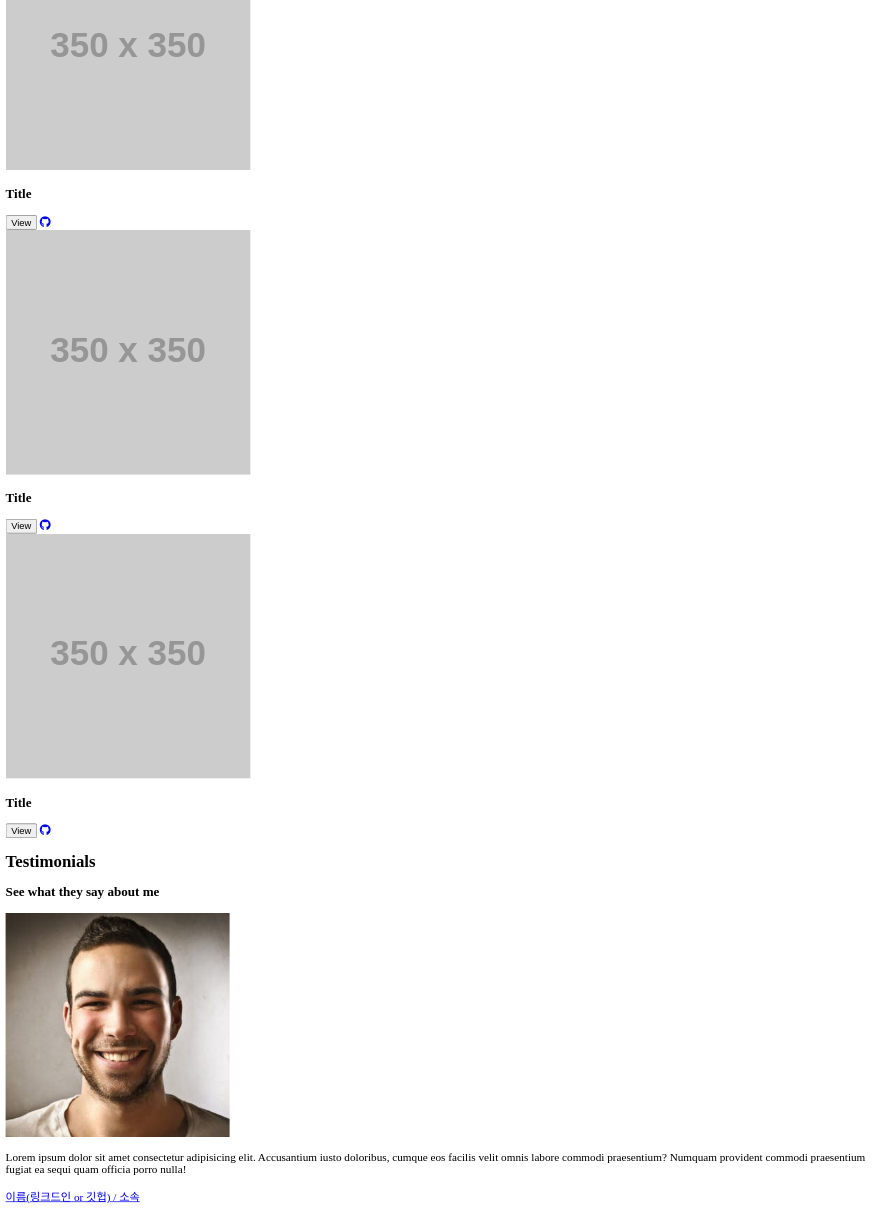
Repository: pjtae0328/Portfolio
Page: index.html
The author's editor kept a copy of each file at every save. The page is drawn from the files as they stood at one save, then again after the next save.
The browser window is 1280 px wide. The pictures show the part of the page from y = 3876 to 5796 px (the page is 5612 px tall before and 5796 px after), at 70% of full size.
Some web libraries are served in a nearby version.

Above is the page before, as saved 2021-08-27 21:41:47.

After the next save:
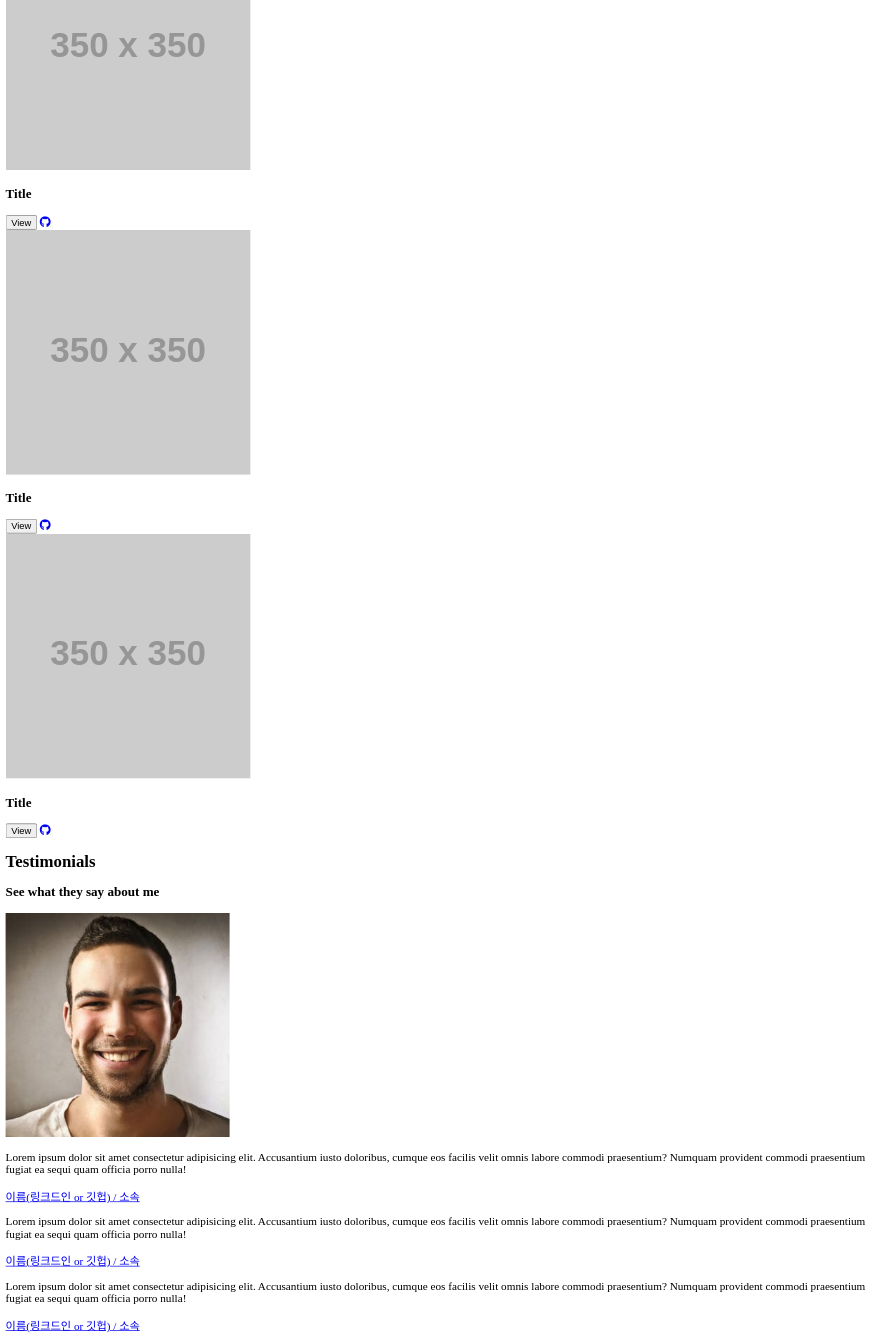
Saved 18 s later.
--- a/index.html
+++ b/index.html
@@ -229,6 +229,14 @@
                 <p>Lorem ipsum dolor sit amet consectetur adipisicing elit. Accusantium iusto doloribus, cumque eos facilis velit omnis labore commodi praesentium? Numquam provident commodi praesentium fugiat ea sequi quam officia porro nulla!</p>
                 <p class="testimonial__name"><a href="#">이름(링크드인 or 깃헙) / 소속</a></p>
             </div>
+            <div class="testimonial__speech-bubble">
+                <p>Lorem ipsum dolor sit amet consectetur adipisicing elit. Accusantium iusto doloribus, cumque eos facilis velit omnis labore commodi praesentium? Numquam provident commodi praesentium fugiat ea sequi quam officia porro nulla!</p>
+                <p class="testimonial__name"><a href="#">이름(링크드인 or 깃헙) / 소속</a></p>
+            </div>
+            <div class="testimonial__speech-bubble">
+                <p>Lorem ipsum dolor sit amet consectetur adipisicing elit. Accusantium iusto doloribus, cumque eos facilis velit omnis labore commodi praesentium? Numquam provident commodi praesentium fugiat ea sequi quam officia porro nulla!</p>
+                <p class="testimonial__name"><a href="#">이름(링크드인 or 깃헙) / 소속</a></p>
+            </div>
         </div>
     </div>
 </section>
